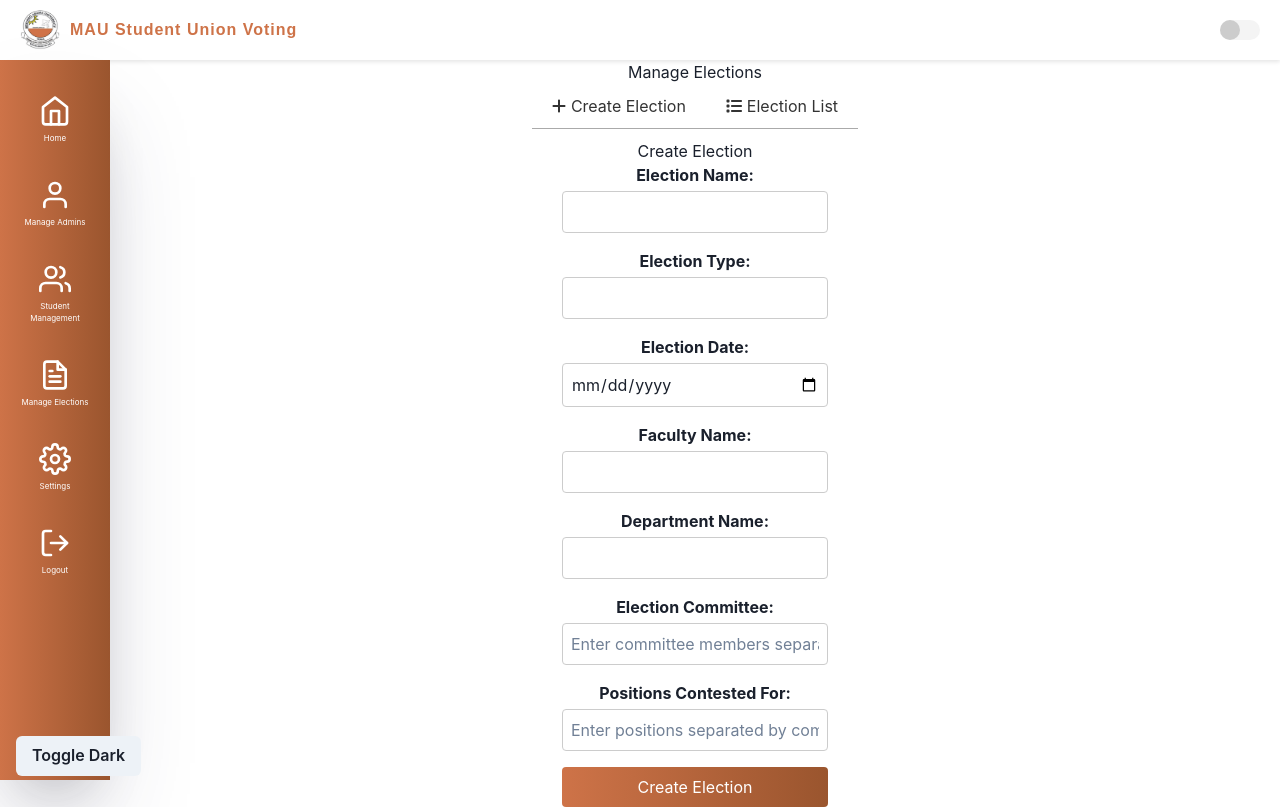
Repository: joena1o/e-vote
Page: /admin-dashboard/manage-elections
An editor plug-in stored every save of this project. The page is shown before and after the next save, followed by the edit.
The browser window is 1280 px wide. The pictures show the whole page.
The project was rebuilt for these pictures with package versions that can differ from the ones it lists, and the page was loaded fresh each time. Also part of the build but not shown: src/components/EnhancedLogin.js, src/components/maincontent/RegisterStudents/ManageStudents.js, src/components/maincontent/RegisterStudents/RegisterStudents.js, src/components/maincontent/RegisterStudents/StudentManagement.js, src/components/maincontent/ElectionResults/ViewResults.js, src/components/maincontent/Settings/Settings.js, src/api/index.js, src/components/maincontent/home/Home.styles.js and 5 more.

Above is the page before, as saved 2023-10-20 05:15:14.

### src/App.js
import React from 'react';
import { BrowserRouter as Router, Routes, Route, Navigate } from 'react-router-dom';
import EnhancedLogin from './components/EnhancedLogin';
import AdminDashboard from './components/AdminDashboard';
import { ChakraProvider, ColorModeProvider, Button, useColorMode } from '@chakra-ui/react';
import { Provider } from 'react-redux';
import store from './Redux/store';

// Component to toggle dark mode
function DarkModeToggle() {
  const { colorMode, toggleColorMode } = useColorMode();
  return (
    <Button onClick={toggleColorMode} position="fixed" m={4} zIndex={10}>
      Toggle {colorMode === 'light' ? 'Dark' : 'Light'}
    </Button>
  );
}

function App() {
  // Check if the current route is not the "/login" route, then render the DarkModeToggle
  const isLoginPage = window.location.pathname === '/login';

  return (
    <Provider store={store}>
      <ChakraProvider>
        <ColorModeProvider options={{ useSystemColorMode: true }}>
          <Router>
            <Routes>
              {/* Define your routes */}
              <Route path="/login" element={<EnhancedLogin />} />
              <Route path="/admin-dashboard/*" element={<AdminDashboard />} />
              {/* Redirect root to /admin-dashboard */}
              <Route path="/" element={<Navigate to="/admin-dashboard" replace />} />
            </Routes>
          </Router>
          {/* Render DarkModeToggle only if not on the "/login" page */}
          {!isLoginPage && <DarkModeToggle />}
        </ColorModeProvider>
      </ChakraProvider>
    </Provider>
  );
}

export default App;

### src/components/AdminDashboard.js
// AdminDashboard.js
import React from 'react';
import { Routes, Route } from 'react-router-dom';
import StudentManagement from './maincontent/RegisterStudents/StudentManagement';
import ViewResults from './maincontent/ElectionResults/ViewResults';
import Settings from './maincontent/Settings/Settings';
import Home from './maincontent/home/Home';
import ManageAdmin from './maincontent/ManageAdmins/ManageAdmins';
import ManageElections from './maincontent/ManageElections/ManageElections';
import Sidebar from './Sidebar';
import Navbar from './Navbar';
import styled from 'styled-components';

const Container = styled.div`
  display: flex;
  flex-direction: column;
  /* Add the following line to ensure Container fills the screen height */
  height: 100vh;
  width: 100%; /* Use 100% to fill the entire width of the screen */
`;


const Content = styled.div`
  display: flex;
  /* Add the following line to ensure Content fills the remaining screen space */
  flex: 1;
`;

const AdminDashboard = () => {
  return (
    <Container>
      <Navbar />
      <Content>
        <Sidebar />
        <Routes>
          <Route index element={<Home />} />
          <Route path="student-management" element={<StudentManagement />} />
          <Route path="view-results" element={<ViewResults />} />
          <Route path="settings" element={<Settings />} />
          <Route path="manage-admin" element={<ManageAdmin />} />
          <Route path="manage-elections" element={<ManageElections />} />
        </Routes>
      </Content>
    </Container>
  );
};

export default AdminDashboard;

### src/Redux/store.js
import { configureStore } from '@reduxjs/toolkit';
import electionReducer from './electionSlice';
import studentsReducer from './studentsSlice'; // Assuming you have a studentsSlice

const store = configureStore({
  reducer: {
    elections: electionReducer,
    students: studentsReducer, // Add the students reducer here
  },
});

export default store;

### src/components/maincontent/ManageElections/ManageElections.js
import React, { useState } from 'react';
import { Tab, TabList, TabPanel, Tabs } from 'react-tabs';
import 'react-tabs/style/react-tabs.css'; // Import styles for react-tabs
import styled from 'styled-components';
import CreateElections from './CreateElection';
import ElectionList from './ElectionList';
import { FontAwesomeIcon } from '@fortawesome/react-fontawesome';
import { faPlus, faList } from '@fortawesome/free-solid-svg-icons'; // Import Font Awesome icons

const FullHeightContainer = styled.div`
  height: 100%;
  display: flex;
  flex-direction: column;
  justify-content: flex-start;
  align-items: center;
  width: 100%;
`;

const TabsContainer = styled.div`
  text-align: center;
  width: 100%;
  max-width: 1200px;
  flex: 1;
  display: flex;
  flex-direction: column;
  align-items: center;
`;

const StyledTab = styled(Tab)`
  padding: 10px 20px;
  color: #333;
  cursor: pointer;
  margin: 0;
  display: flex;
  align-items: center;
  justify-content: center;
  transition: background-color 0.2s ease-in-out;

  &:hover {
    background-color: #e0e0e0;
  }

  &.react-tabs__tab--selected {
    background-color: #fff;
    border: none; /* Remove the border */
    border-radius: 5px 5px 0 0;
  }
`;

const IconWrapper = styled.div`
  margin-right: 5px;
`;

const ManageElections = () => {
  const [activeTab, setActiveTab] = useState(0);

  const handleTabChange = (index) => {
    setActiveTab(index);
  };

  return (
    <FullHeightContainer>
      <h1>Manage Elections</h1>
      <TabsContainer>
        <Tabs selectedIndex={activeTab} onSelect={handleTabChange}>
          <TabList style={{ display: 'flex', justifyContent: 'center' }}>
            <StyledTab>
              <IconWrapper>
                <FontAwesomeIcon icon={faPlus} />
              </IconWrapper>
              Create Election
            </StyledTab>
            <StyledTab>
              <IconWrapper>
                <FontAwesomeIcon icon={faList} />
              </IconWrapper>
              Election List
            </StyledTab>
          </TabList>
        </Tabs>
        <Tabs selectedIndex={activeTab} onSelect={handleTabChange}>
          <TabPanel>
            <CreateElections />
          </TabPanel>
          <TabPanel>
            <ElectionList />
          </TabPanel>
        </Tabs>
      </TabsContainer>
    </FullHeightContainer>
  );
};

export default ManageElections;

### src/components/Sidebar.js
import React from 'react';
import styled from 'styled-components';
import { Link } from 'react-router-dom';
import { FiHome, FiUser, FiUsers, FiFileText, FiSettings, FiLogOut } from 'react-icons/fi';
import { useColorMode } from '@chakra-ui/react';

const SidebarContainer = styled.nav`
  background: ${props => (props.theme === 'dark' ? '#333' : 'linear-gradient(to right, #ce7348, #9a552e)')};
  padding: 15px;
  height: 100vh;
  color: #fff;
  box-shadow: rgba(50, 50, 93, 0.25) 0px 50px 100px -20px, rgba(0, 0, 0, 0.3) 0px 30px 60px -30px;
  display: flex;
  flex-direction: column;
`;

const LinkList = styled.ul`
  list-style-type: none;
  padding: 0;
  flex: 1;
`;

const StyledLink = styled(Link)`
  text-decoration: none;
  color: #fff;
  display: flex;
  flex-direction: column;
  align-items: center;
  transition: color 0.3s ease;
  margin-bottom: 15px;
  cursor: pointer;
  font-size: 0.5rem;

  &:hover {
    color: #fce364;
  }

  width: 80px;
  text-align: center;
  word-wrap: break-word;
  overflow-wrap: break-word;

  @media (max-width: 768px) {
    font-size: 0.4rem;
  }

  @media (max-width: 480px) {
    font-size: 0.3rem;
  }
`;

const LinkItem = styled.li`
  display: flex;
  align-items: center;
  margin-top: 20px;
`;

const Icon = styled.div`
  font-size: 2rem;
  color: #fff;

  @media (max-width: 768px) {
    font-size: 0.9rem;
  }

  @media (max-width: 480px) {
    font-size: 0.8rem;
  }

  margin-bottom: 5px;

  ${StyledLink}:hover & {
    color: #fce364;  // Change icon color when the link is hovered
  }
`;

function Sidebar() {
  const { colorMode } = useColorMode();

  return (
    <SidebarContainer theme={colorMode}>
      <LinkList>
        <LinkItem>
          <StyledLink to="/admin-dashboard">
            <Icon><FiHome /></Icon>
            Home
          </StyledLink>
        </LinkItem>
        <LinkItem>
          <StyledLink to="/admin-dashboard/manage-admin">
            <Icon><FiUser /></Icon>
            Manage Admins
          </StyledLink>
        </LinkItem>
        <LinkItem>
          <StyledLink to="/admin-dashboard/student-management">
            <Icon><FiUsers /></Icon>
            Student Management
          </StyledLink>
        </LinkItem>
        <LinkItem>
          <StyledLink to="/admin-dashboard/manage-elections">
            <Icon><FiFileText /></Icon>
            Manage Elections
          </StyledLink>
        </LinkItem>
        <LinkItem>
          <StyledLink to="/admin-dashboard/settings">
            <Icon><FiSettings /></Icon>
            Settings
          </StyledLink>
        </LinkItem>
        <LinkItem>
          <StyledLink to="/logout">
            <Icon><FiLogOut /></Icon>
            Logout
          </StyledLink>
        </LinkItem>
      </LinkList>
    </SidebarContainer>
  );
}

export default Sidebar;

### src/components/Navbar.js
import React from 'react';
import styled, { createGlobalStyle } from 'styled-components';
import logo from '../assets/school_logo.jpg';
import { useColorMode } from '@chakra-ui/react';

const GlobalStyle = createGlobalStyle`
  body {
    background-color: ${props => (props.theme === 'dark' ? '#333' : '#fff')};
    color: ${props => (props.theme === 'dark' ? '#fff' : '#000')}; // Set other component texts to black in light mode
  }
`;

const Header = styled.header`
  background: ${props => (props.theme === 'dark' ? '#333' : '#fff')};
  color: ${props => (props.theme === 'dark' ? '#fff' : '#ce7348')}; // Set navbar text to brown in light mode
  padding: 10px 20px;
  display: flex;
  align-items: center;
  justify-content: flex-start;
  box-shadow: 0px 2px 4px rgba(0, 0, 0, 0.1);
  font-family: 'Poppins', sans-serif;
`;


const Logo = styled.img`
  width: 40px;
  height: 40px;
  border-radius: 20px;
  margin-right: 10px;
`;

const Title = styled.h1`
  margin: 0;
  padding: 0;
  font-size: 1rem;
  font-weight: 600;
  letter-spacing: 1px;
`;

const ToggleSlider = styled.label`
  display: flex;
  align-items: center;
  cursor: pointer;
  margin-left: auto;
`;

const SliderInput = styled.input.attrs({ type: 'checkbox' })`
  display: none;
`;

const Slider = styled.div`
  width: 40px;
  height: 20px;
  background-color: ${props => (props.theme === 'dark' ? '#333' : '#f4f4f4')};
  border-radius: 20px;
  position: relative;
  transition: background-color 0.3s ease;
  cursor: pointer;

  &::after {
    content: '';
    width: 20px;
    height: 20px;
    border-radius: 50%;
    background-color: ${props => (props.theme === 'dark' ? '#fff' : '#ccc')};
    position: absolute;
    top: 50%;
    transform: translateY(-50%);
    left: ${props => (props.theme === 'dark' ? '20px' : '0')};
    transition: left 0.3s ease;
  }
`;

function Navbar() {
  const { colorMode, toggleColorMode } = useColorMode();

  return (
    <>
      <GlobalStyle theme={colorMode} />
      <Header theme={colorMode}>
        <Logo src={logo} alt="University Logo" />
        <Title>MAU Student Union Voting</Title>
        <ToggleSlider>
          <SliderInput type="checkbox" onChange={toggleColorMode} />
          <Slider theme={colorMode} />
        </ToggleSlider>
      </Header>
    </>
  );
}

export default Navbar;

### src/Redux/electionSlice.js
/*import { createSlice, createAsyncThunk } from '@reduxjs/toolkit';
import { API, graphqlOperation } from 'aws-amplify';
import { createElection as createElectionAPI } from '../graphql/mutations';

export const createElection = createAsyncThunk(
  'elections/createElection',
  async (election, { rejectWithValue }) => {
    try {
      const result = await API.graphql(graphqlOperation(createElectionAPI, { input: election }));
      return result.data.createElection;
    } catch (error) {
      return rejectWithValue(error);
    }
  }
);

const electionSlice = createSlice({
  name: 'elections',
  initialState: [],
  reducers: {},
  extraReducers: (builder) => {
    builder.addCase(createElection.fulfilled, (state, action) => {
      state.push(action.payload);
    });
  },
});

export default electionSlice.reducer;
*/

### src/Redux/studentsSlice.js
import { createSlice } from '@reduxjs/toolkit';

export const studentsSlice = createSlice({
  name: 'students',
  initialState: [],
  reducers: {
    addStudents: (state, action) => {
      // Add students to the Redux store
      action.payload.forEach(student => {
        state.push(student);
      });
    },
  },
});

export const { addStudents } = studentsSlice.actions;

export default studentsSlice.reducer;

### src/components/maincontent/ManageElections/CreateElection.js
import React from 'react';
import { useFormik } from 'formik';
import * as Yup from 'yup';
import { useDispatch } from 'react-redux';
import { createElection } from '../../../Redux/electionSlice';
import { toast } from 'react-toastify';
import 'react-toastify/dist/ReactToastify.css';
import styled from 'styled-components';

const FormContainer = styled.div`
  width: 100%;
  max-width: 400px;
  margin: 0 auto;
`;

const Form = styled.form`
  display: flex;
  flex-direction: column;
  gap: 1rem;
`;

const FormField = styled.div`
  display: flex;
  flex-direction: column;
`;

const FormLabel = styled.label`
  font-weight: bold;
  margin-bottom: 0.25rem;
`;

const FormInput = styled.input`
  padding: 0.5rem;
  border: 1px solid #ccc;
  border-radius: 4px;
  font-size: 1rem;
`;

const FormError = styled.div`
  color: red;
  font-size: 0.875rem;
  margin-top: 0.25rem;
`;

const CreateButton = styled.button`
  padding: 0.5rem;
  background: linear-gradient(to right, #ce7348, #9a552e);
  border: none;
  border-radius: 4px;
  font-size: 1rem;
  color: white;
  cursor: pointer;
  transition: background 0.2s ease-in-out;

  &:hover {
    background: linear-gradient(to right, #9a552e, #ce7348);
  }
`;

const validationSchema = Yup.object({
  name: Yup.string().required('Election name is required'),
  type: Yup.string().oneOf(['general', 'faculty', 'department'], 'Invalid election type').required('Election type is required'),
  date: Yup.date().required('Election date is required').nullable(),
  faculty: Yup.string().when('type', {
    is: 'faculty',
    then: Yup.string().required('Faculty name is required for faculty elections'),
  }),
  department: Yup.string().when('type', {
    is: 'department',
    then: Yup.string().required('Department name is required for department elections'),
  }),
  committee: Yup.array().of(Yup.string()).required('Committee is required'),
  positions: Yup.array().of(Yup.string()).required('Positions are required'),
});

const CreateElection = () => {
  const dispatch = useDispatch();
  const formik = useFormik({
    initialValues: {
      name: '',
      type: '',
      date: null,
      faculty: '',
      department: '',
      committee: [],
      positions: [],
    },
    validationSchema,
    onSubmit: (values, { resetForm }) => {
      dispatch(createElection(values));
      toast.success('Election created successfully!');
      resetForm();
    },
  });

  return (
    <FormContainer>
      <h2>Create Election</h2>
      <Form onSubmit={formik.handleSubmit}>
        <FormField>
          <FormLabel htmlFor="name">Election Name:</FormLabel>
          <FormInput
            id="name"
            name="name"
            type="text"
            onChange={formik.handleChange}
            value={formik.values.name}
          />
          {formik.errors.name && <FormError>{formik.errors.name}</FormError>}
        </FormField>

        <FormField>
          <FormLabel htmlFor="type">Election Type:</FormLabel>
          <FormInput
            id="type"
            name="type"
            type="text"
            onChange={formik.handleChange}
            value={formik.values.type}
          />
          {formik.errors.type && <FormError>{formik.errors.type}</FormError>}
        </FormField>

        <FormField>
          <FormLabel htmlFor="date">Election Date:</FormLabel>
          <FormInput
            id="date"
            name="date"
            type="date"
            onChange={formik.handleChange}
            value={formik.values.date}
          />
          {formik.errors.date && <FormError>{formik.errors.date}</FormError>}
        </FormField>

        <FormField>
          <FormLabel htmlFor="faculty">Faculty Name:</FormLabel>
          <FormInput
            id="faculty"
            name="faculty"
            type="text"
            onChange={formik.handleChange}
            value={formik.values.faculty}
          />
          {formik.errors.faculty && <FormError>{formik.errors.faculty}</FormError>}
        </FormField>

        <FormField>
          <FormLabel htmlFor="department">Department Name:</FormLabel>
          <FormInput
            id="department"
            name="department"
            type="text"
            onChange={formik.handleChange}
            value={formik.values.department}
          />
          {formik.errors.department && <FormError>{formik.errors.department}</FormError>}
        </FormField>

        <FormField>
          <FormLabel htmlFor="committee">Election Committee:</FormLabel>
          <FormInput
            id="committee"
            name="committee"
            type="text"
            placeholder="Enter committee members separated by commas"
            onChange={formik.handleChange}
            value={formik.values.committee}
          />
          {formik.errors.committee && <FormError>{formik.errors.committee}</FormError>}
        </FormField>

        <FormField>
          <FormLabel htmlFor="positions">Positions Contested For:</FormLabel>
          <FormInput
            id="positions"
            name="positions"
            type="text"
            placeholder="Enter positions separated by commas"
            onChange={formik.handleChange}
            value={formik.values.positions}
          />
          {formik.errors.positions && <FormError>{formik.errors.positions}</FormError>}
        </FormField>

        <CreateButton type="submit">Create Election</CreateButton>
      </Form>
    </FormContainer>
  );
};

export default CreateElection;

Loaded but not shown: public/index.html (common file); src/index.js (common file); src/index.css (common file); src/reportWebVitals.js (common file)

After the next save:
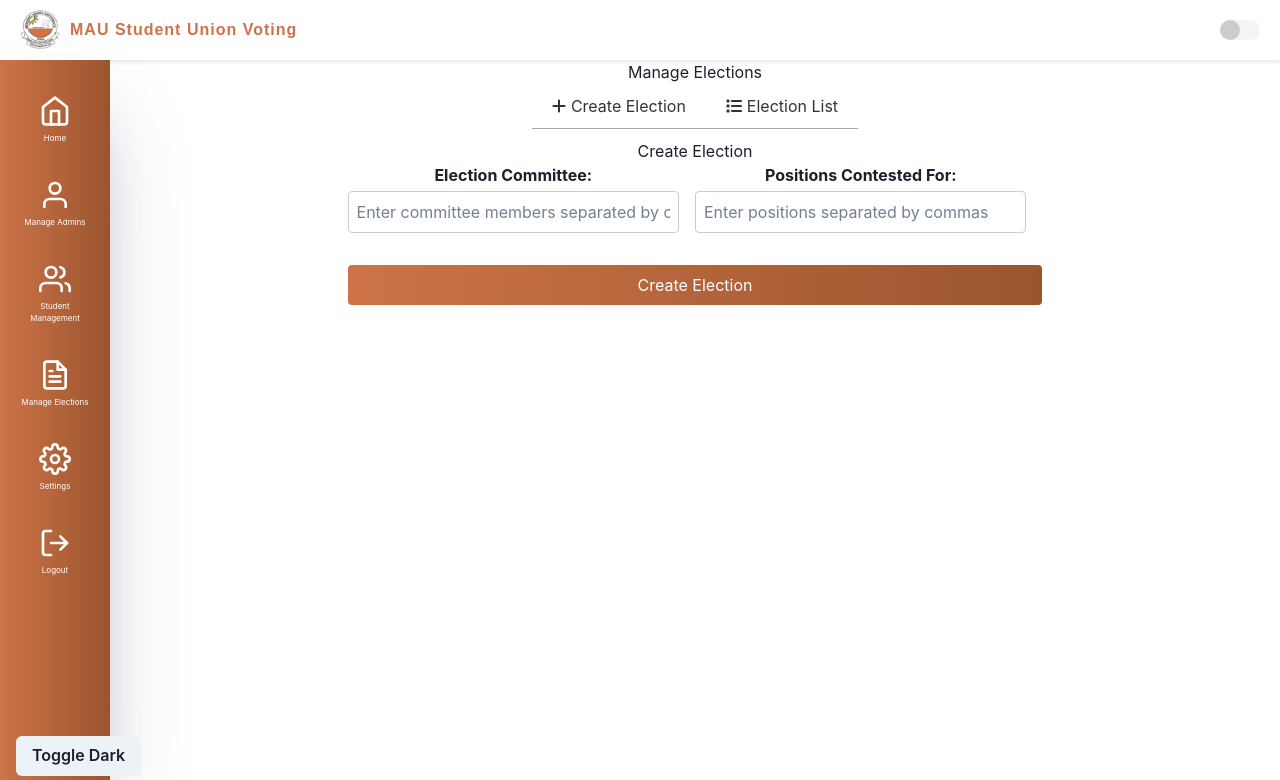
Saved 7 min 20 s later.
--- a/src/components/maincontent/ManageElections/CreateElection.js
+++ b/src/components/maincontent/ManageElections/CreateElection.js
@@ -9,19 +9,21 @@ import styled from 'styled-components';
 
 const FormContainer = styled.div`
   width: 100%;
-  max-width: 400px;
+  max-width: 800px;
   margin: 0 auto;
 `;
 
 const Form = styled.form`
   display: flex;
-  flex-direction: column;
+  flex-direction: row;
+  flex-wrap: wrap;
   gap: 1rem;
 `;
 
 const FormField = styled.div`
   display: flex;
   flex-direction: column;
+  flex-basis: calc(50% - 1rem);
 `;
 
 const FormLabel = styled.label`
@@ -51,6 +53,8 @@ const CreateButton = styled.button`
   color: white;
   cursor: pointer;
   transition: background 0.2s ease-in-out;
+  width: 100%;
+  margin-top: 1rem;
 
   &:hover {
     background: linear-gradient(to right, #9a552e, #ce7348);
@@ -69,8 +73,8 @@ const validationSchema = Yup.object({
     is: 'department',
     then: Yup.string().required('Department name is required for department elections'),
   }),
-  committee: Yup.array().of(Yup.string()).required('Committee is required'),
-  positions: Yup.array().of(Yup.string()).required('Positions are required'),
+  committee: Yup.string().required('Election committee is required'),
+  positions: Yup.string().required('Positions contested for is required'),
 });
 
 const CreateElection = () => {
@@ -82,8 +86,8 @@ const CreateElection = () => {
       date: null,
       faculty: '',
       department: '',
-      committee: [],
-      positions: [],
+      committee: '',
+      positions: ''
     },
     validationSchema,
     onSubmit: (values, { resetForm }) => {
@@ -97,65 +101,7 @@ const CreateElection = () => {
     <FormContainer>
       <h2>Create Election</h2>
       <Form onSubmit={formik.handleSubmit}>
-        <FormField>
-          <FormLabel htmlFor="name">Election Name:</FormLabel>
-          <FormInput
-            id="name"
-            name="name"
-            type="text"
-            onChange={formik.handleChange}
-            value={formik.values.name}
-          />
-          {formik.errors.name && <FormError>{formik.errors.name}</FormError>}
-        </FormField>
-
-        <FormField>
-          <FormLabel htmlFor="type">Election Type:</FormLabel>
-          <FormInput
-            id="type"
-            name="type"
-            type="text"
-            onChange={formik.handleChange}
-            value={formik.values.type}
-          />
-          {formik.errors.type && <FormError>{formik.errors.type}</FormError>}
-        </FormField>
-
-        <FormField>
-          <FormLabel htmlFor="date">Election Date:</FormLabel>
-          <FormInput
-            id="date"
-            name="date"
-            type="date"
-            onChange={formik.handleChange}
-            value={formik.values.date}
-          />
-          {formik.errors.date && <FormError>{formik.errors.date}</FormError>}
-        </FormField>
-
-        <FormField>
-          <FormLabel htmlFor="faculty">Faculty Name:</FormLabel>
-          <FormInput
-            id="faculty"
-            name="faculty"
-            type="text"
-            onChange={formik.handleChange}
-            value={formik.values.faculty}
-          />
-          {formik.errors.faculty && <FormError>{formik.errors.faculty}</FormError>}
-        </FormField>
-
-        <FormField>
-          <FormLabel htmlFor="department">Department Name:</FormLabel>
-          <FormInput
-            id="department"
-            name="department"
-            type="text"
-            onChange={formik.handleChange}
-            value={formik.values.department}
-          />
-          {formik.errors.department && <FormError>{formik.errors.department}</FormError>}
-        </FormField>
+        {/* Other form fields... */}
 
         <FormField>
           <FormLabel htmlFor="committee">Election Committee:</FormLabel>
